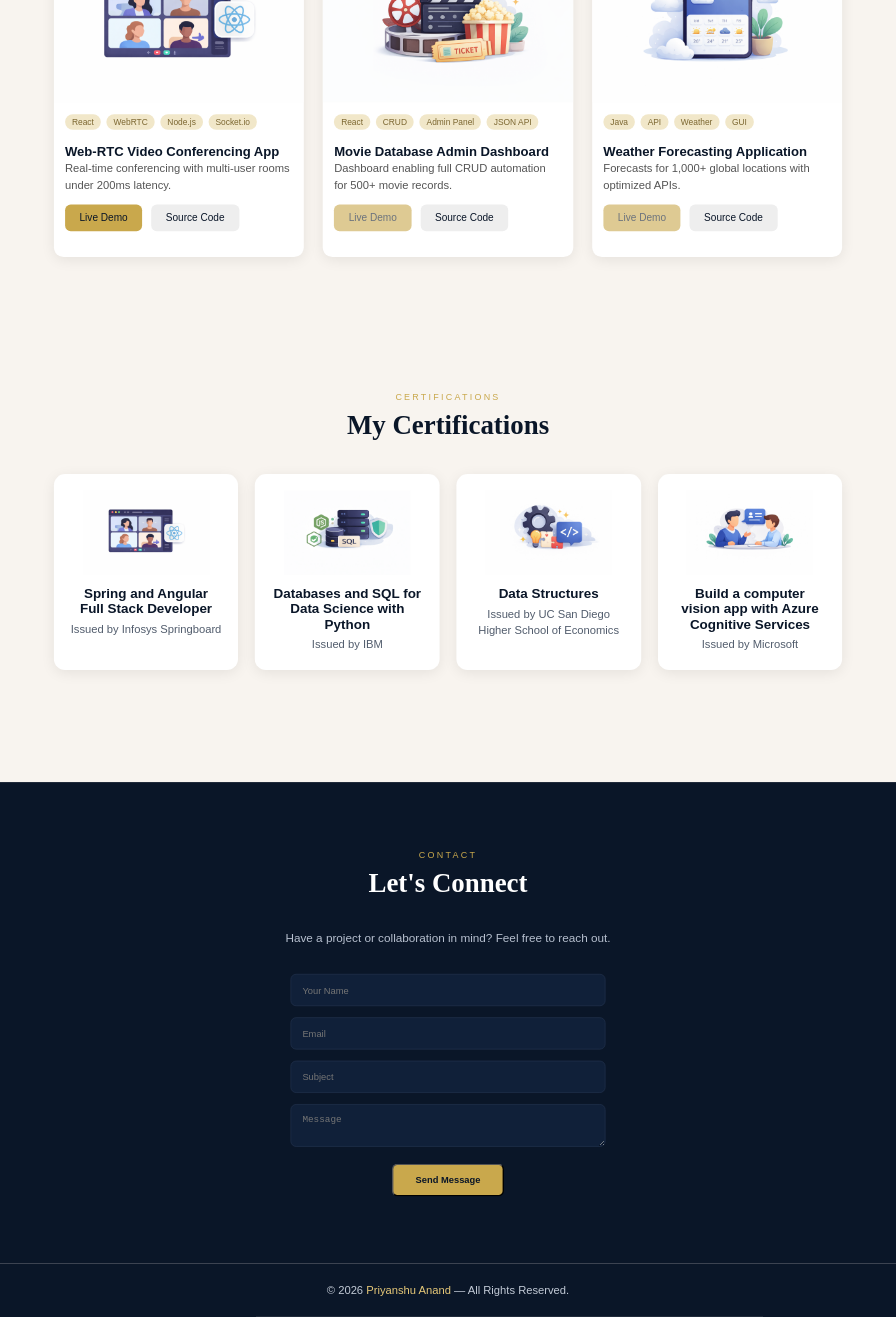
Repository: priyanshuanand12022/My-Portfolio
Page: /
An editor plug-in stored every save of this project. The page is shown before and after a run of saves, followed by the edit.
The browser window is 1280 px wide. The pictures show the part of the page from y = 1455 to 3375 px (the page is 3337 px tall before and 3375 px after), at 70% of full size.
The project was rebuilt for these pictures with package versions that can differ from the ones it lists, and the page was loaded fresh each time. Also part of the build but not shown: vite.config.js.

Above is the page before, as saved 2026-02-28 21:50:52.

After the next 2 saves:
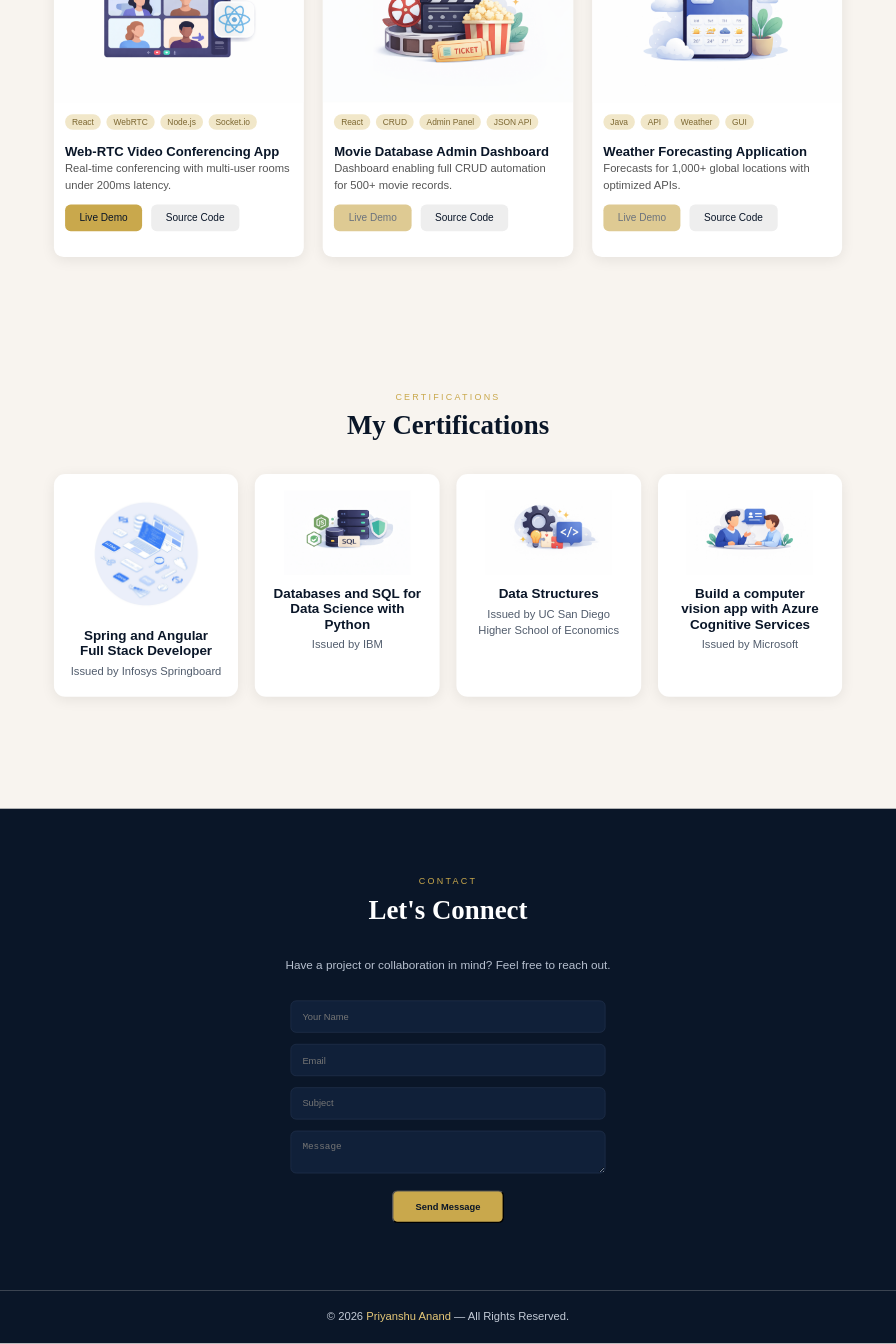
The 2 saves are shown as one change because they came seconds apart.
The last was saved 37 min 16 s later.
--- a/src/Portfolio.jsx
+++ b/src/Portfolio.jsx
@@ -213,7 +213,7 @@ export default function Portfolio() {
       onClick={() => window.open("/certificates/cert1.pdf", "_blank")}
       style={{ cursor: "pointer" }}
     >
-      <img src={webrtcImg} alt="Cert 1" className="skill-img" />
+      <img src="/cert-images/spring-angular.png" className="skill-img" />
       <h3>Spring and Angular Full Stack Developer</h3>
       <p>Issued by Infosys Springboard</p>
     </div>
